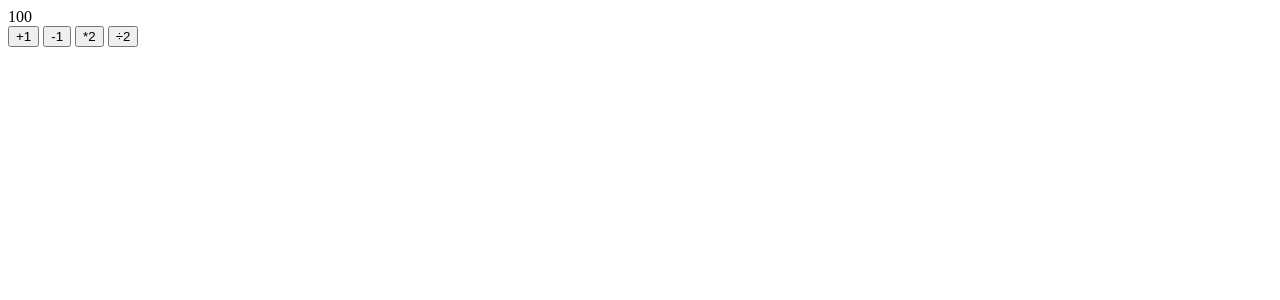
Repository: chenguocan/mvc_demo_1
Page: src/index.html
An editor plug-in stored every save of this project. The page is shown before and after the next save, followed by the edit.
The browser window is 1280 px wide. The pictures show the whole page.

Above is the page before, as saved 2020-08-17 09:11:58.
Console error: SyntaxError: Cannot use import statement outside a module

After the next save:
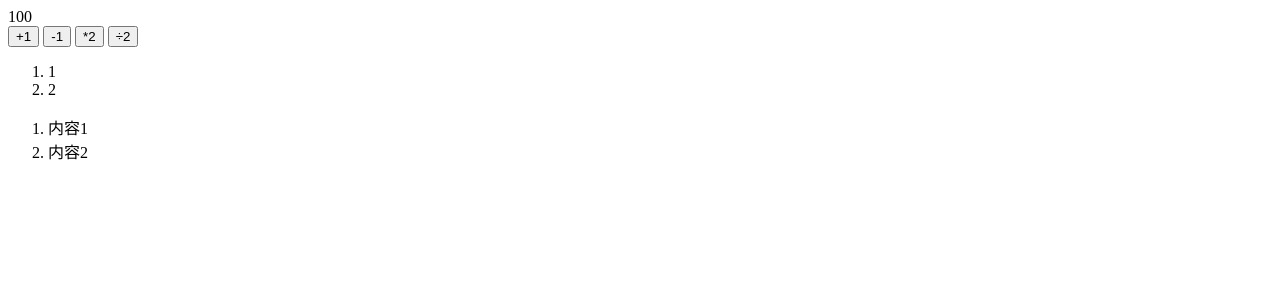
Saved 34 s later.
--- a/src/index.html
+++ b/src/index.html
@@ -20,7 +20,16 @@
             <button id="divide2">÷2</button>
         </div>
     </div>
-    <div id="app2"></div>
+    <div id="app2">
+        <ol>
+            <li>1</li>
+            <li>2</li>
+        </ol>
+        <ol>
+            <li>内容1</li>
+            <li>内容2</li>
+        </ol>
+    </div>
     <div id="app3"></div>
     <div id="app4"></div>
     <script src="./main.js"></script>
